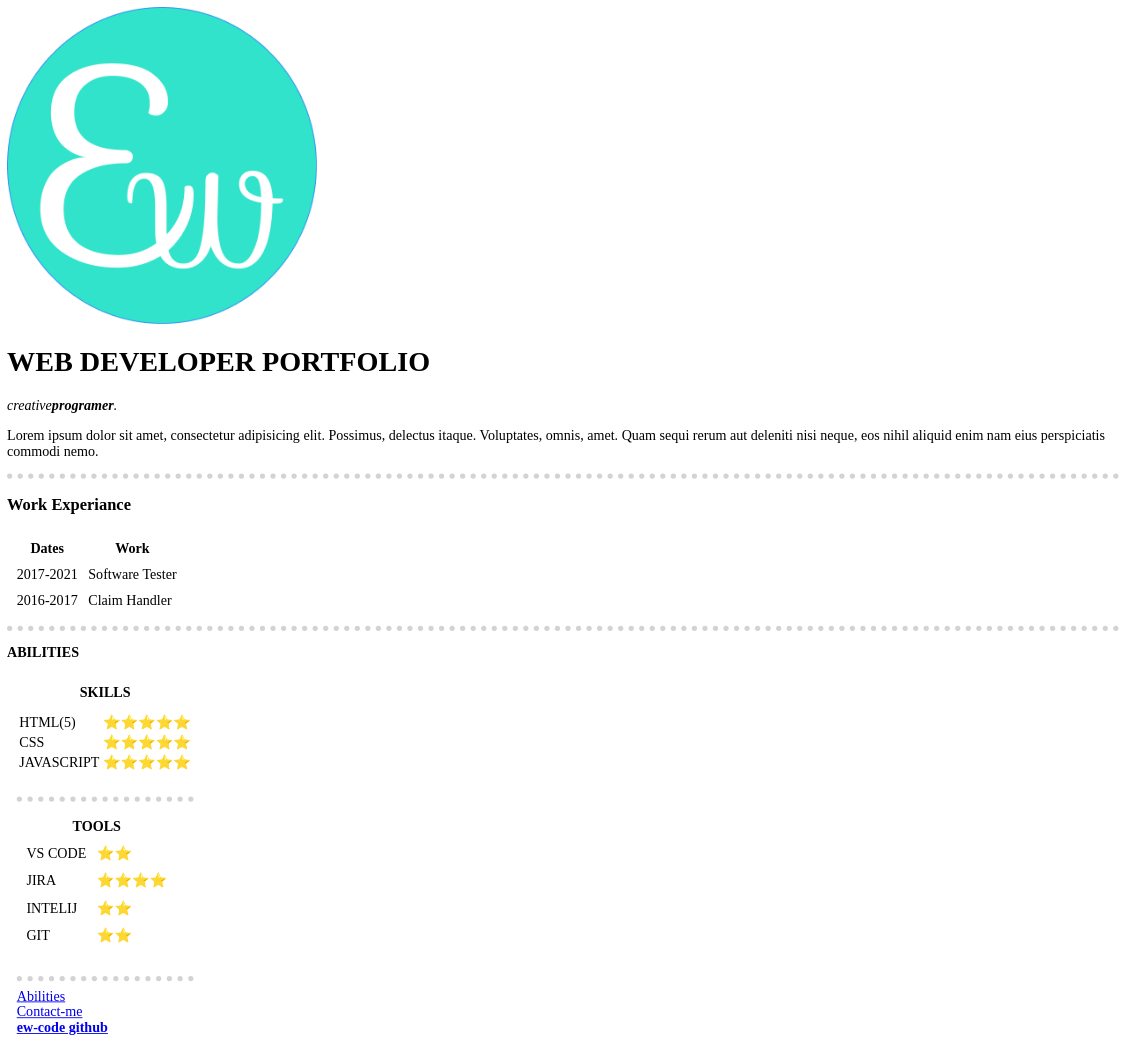
Repository: ew-code/Web-Development
Page: HTML - Personal Site/index.html
An editor plug-in stored every save of this project. The page is shown before and after a run of saves, followed by the edit.
The browser window is 1280 px wide. The pictures show the whole page, at 88% of full size.

Above is the page before, as saved 2021-01-06 21:16:06.

### HTML - Personal Site/index.html
<!DOCTYPE html>
<html lang="en" dir="ltr">

<style>

   body {
      background-color: white;
   }

   hr {
    border-top: 6px dotted lightgray;
    border-style: none;
    border-top-style: dotted;

</style>


<head>
  <meta charset="utf-8"> <!-- dopracować meta description dla silników wyszukiwarek-->
  <title>ew-code</title>
</head>

<body
  <table cellspacing="20">
    <tr>
      <td><img src="images/Frame 1.png" alt="dot"></td>
      <td>
        <h1>WEB DEVELOPER PORTFOLIO</h1>
      </td>
      <td>
        <p><em>creative<strong>programer</strong>.</em></p>
        <p>Lorem ipsum dolor sit amet, consectetur adipisicing elit. Possimus, delectus itaque. Voluptates, omnis, amet.
          Quam sequi rerum aut deleniti nisi neque, eos nihil aliquid enim nam eius perspiciatis commodi nemo.</p>
      </td>
    </tr>
  </table>

  <hr>

  <h3>Work Experiance</h3>
  <table cellspacing="10">
    <thead>
      <tr>
        <th>Dates</th>
        <th>Work</th>
      </tr>
    </thead>
    <tbody>
      <tr>
        <td>2017-2021</td>
        <td>Software Tester</td>
      </tr>
    </tbody>
    <tbody>
      <tr>
        <td>2016-2017</td>
        <td>Claim Handler</td>
      </tr>
    </tbody>
  </table>
  <hr>

    <p><strong>ABILITIES</strong></p>

  <table cellspacing="10">
    <thead>
      <tr>
        <th colspan="2">SKILLS</th>
      </tr>
    </thead>
    <tr>
      <td>
        <table>
          <tr>
            <td>HTML(5)</td>
            <td>⭐⭐⭐⭐⭐</td>
          </tr>
          <tr>
            <td>CSS</td>
            <td>⭐⭐⭐⭐⭐</td>
          </tr>
          <tr>
            <td>JAVASCRIPT</td>
            <td>⭐⭐⭐⭐⭐</td>
          </tr>
        </table>

        <br>
      <hr>
        <table cellspacing="10">
          <thead>
            <tr>
              <th colspan="2">TOOLS</th>
            </tr>
          </thead>
          <tbody>
            <tr>
              <td>VS CODE</td>
              <td>⭐⭐</td>
            </tr>
            <tr>
              <td>JIRA</td>
              <td>⭐⭐⭐⭐</td>
            </tr>
            <tr>
              <td>INTELIJ</td>
              <td>⭐⭐</td>
            </tr>
            <tr>
              <td>GIT</td>
              <td>⭐⭐</td>
            </tr>
          </tbody>
        </table>
  <br>
  <hr>
  <a href="abilities.html">Abilities</a>
  <br>
  <a href="contact.html">Contact-me</a>
  <br>
  <strong><a href="https://github.com/ew-code">ew-code github</a></strong>
</body>

</html>

After the next 6 saves:
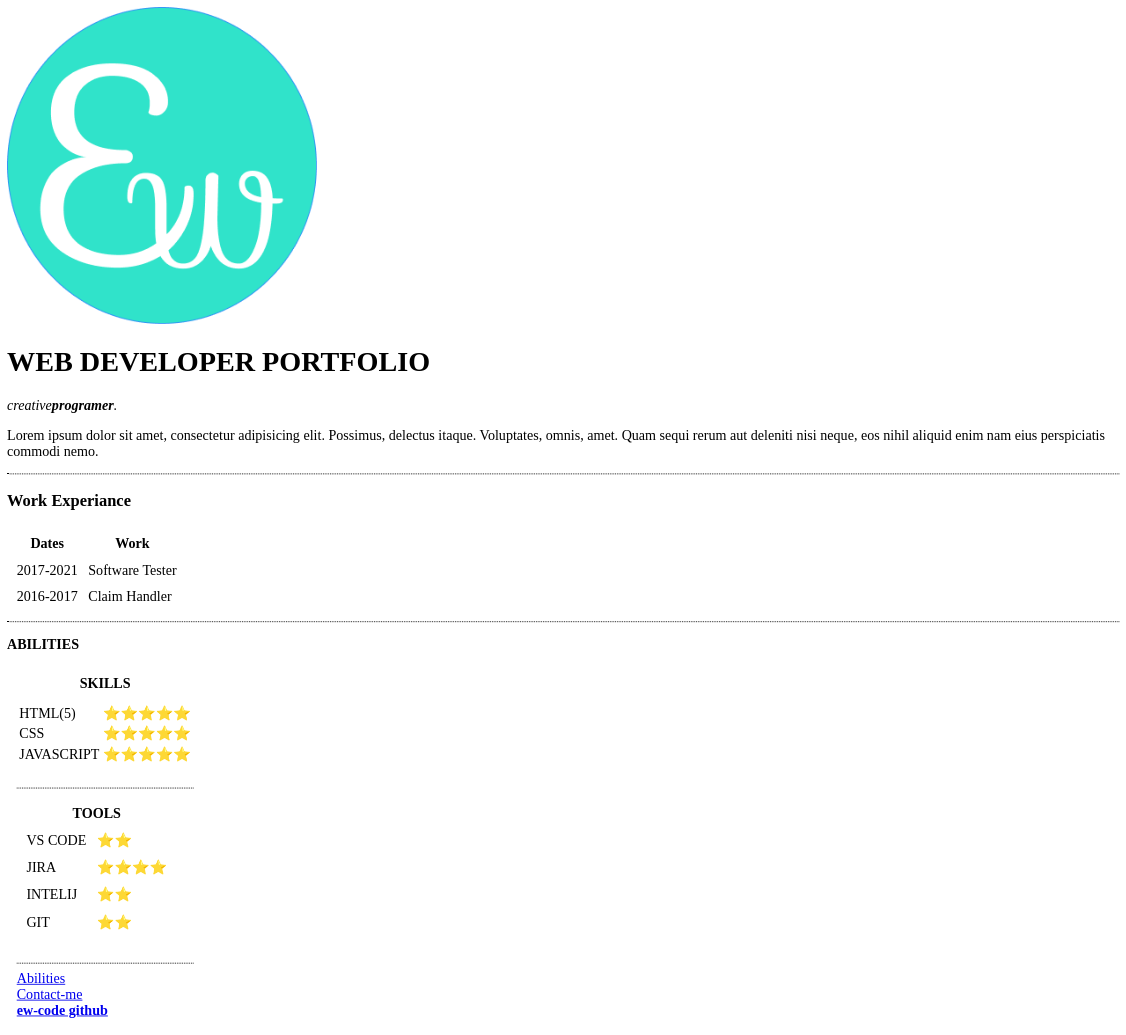
The 6 saves are shown as one change because they came seconds apart.
The last was saved 4 min 42 s later.
--- a/HTML - Personal Site/index.html
+++ b/HTML - Personal Site/index.html
@@ -8,6 +8,7 @@
    }
 
    hr {
+    size: 3px
     border-top: 6px dotted lightgray;
     border-style: none;
     border-top-style: dotted;

After the save that followed:
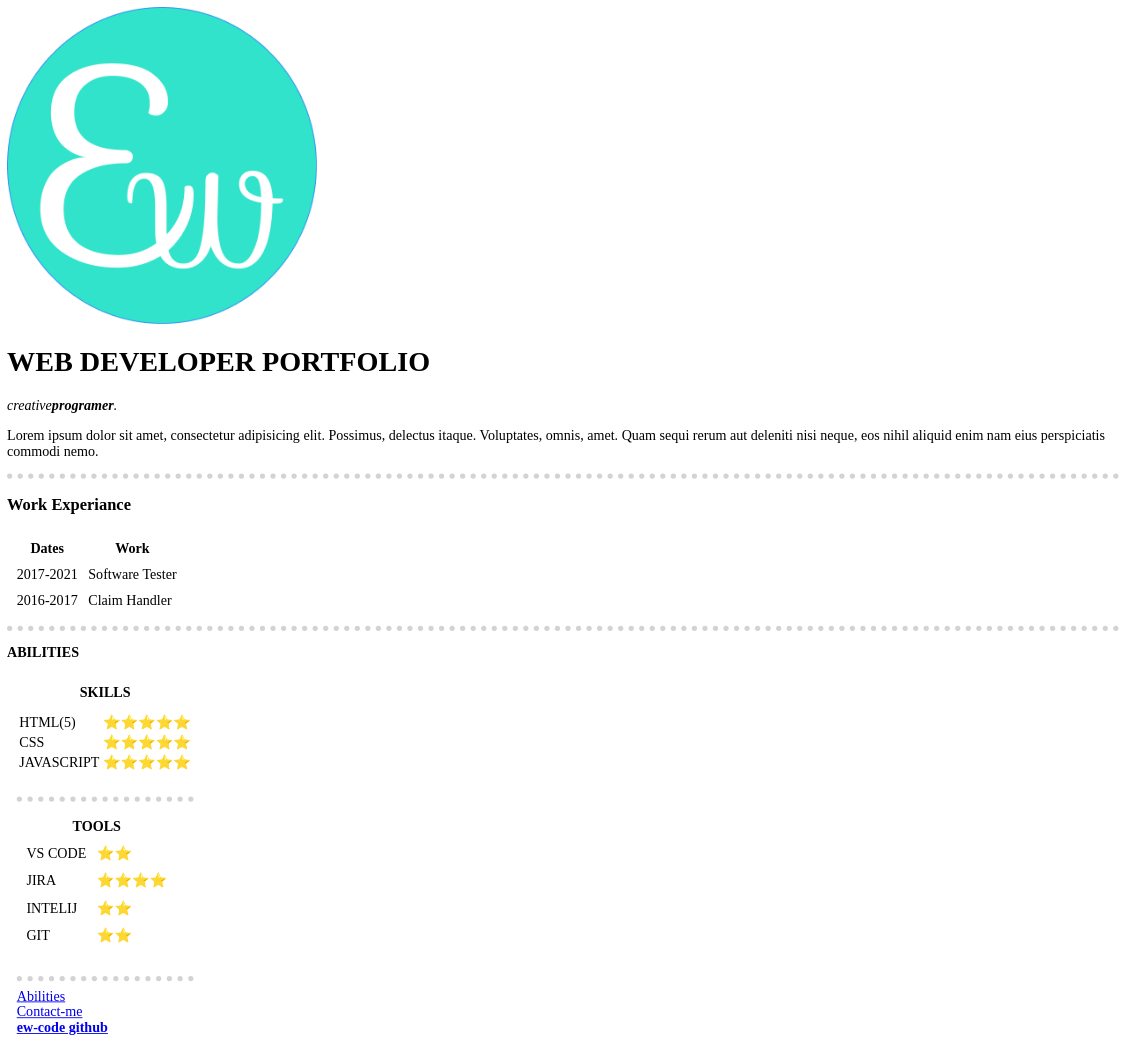
Saved 15 s later.
--- a/HTML - Personal Site/index.html
+++ b/HTML - Personal Site/index.html
@@ -8,7 +8,7 @@
    }
 
    hr {
-    size: 3px
+    /* size: 3px */
     border-top: 6px dotted lightgray;
     border-style: none;
     border-top-style: dotted;
